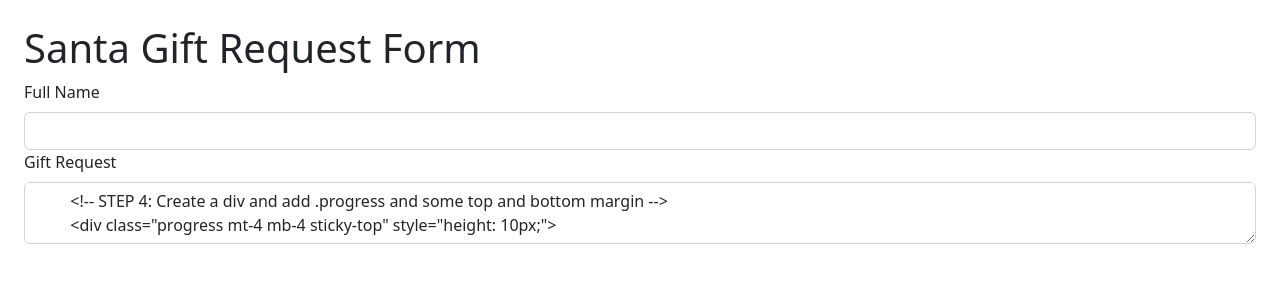
Repository: sarahlochhead/check-santas-list
Page: index.html
An editor plug-in stored every save of this project. The page is shown before and after a run of saves, followed by the edit.
The browser window is 1280 px wide. The pictures show the whole page.

Above is the page before, as saved 2022-11-25 21:29:59.

After the next 3 saves:
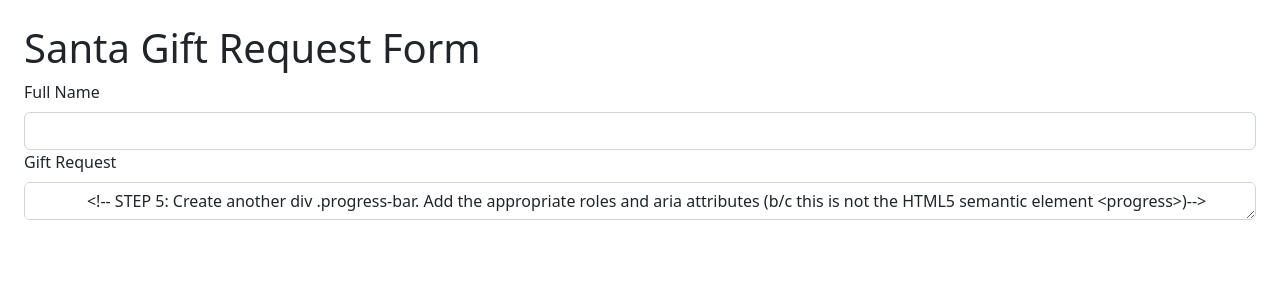
The 3 saves are shown as one change because they came seconds apart.
The last was saved 7 s later.
--- a/index.html
+++ b/index.html
@@ -18,7 +18,7 @@
             <input type="text" class="form-control" id="fullName" />
 
             <label for="giftRequest" class="form-label">Gift Request</label>
-            <textarea class="form-control" id=""text
+            <textarea class="form-control" id="
 
 
         </form>

After the 2 saves that followed:
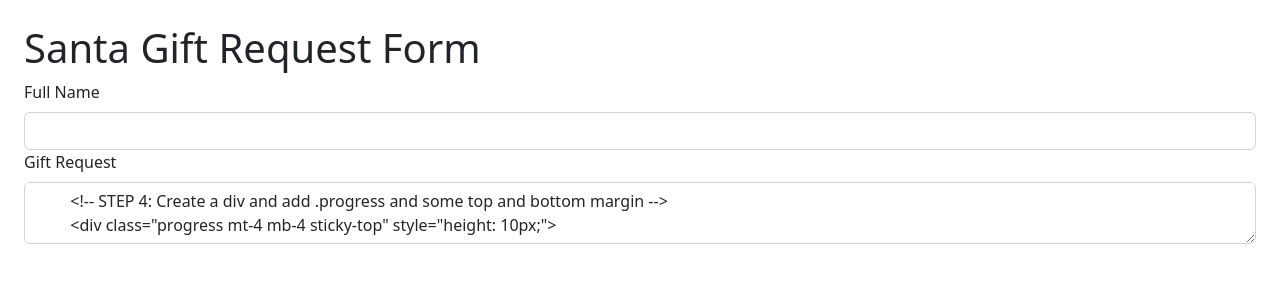
The 2 saves are shown as one change because they came seconds apart.
The last was saved 8 s later.
--- a/index.html
+++ b/index.html
@@ -18,7 +18,7 @@
             <input type="text" class="form-control" id="fullName" />
 
             <label for="giftRequest" class="form-label">Gift Request</label>
-            <textarea class="form-control" id="
+            <textarea class="form-control" id="giftRequest"
 
 
         </form>
